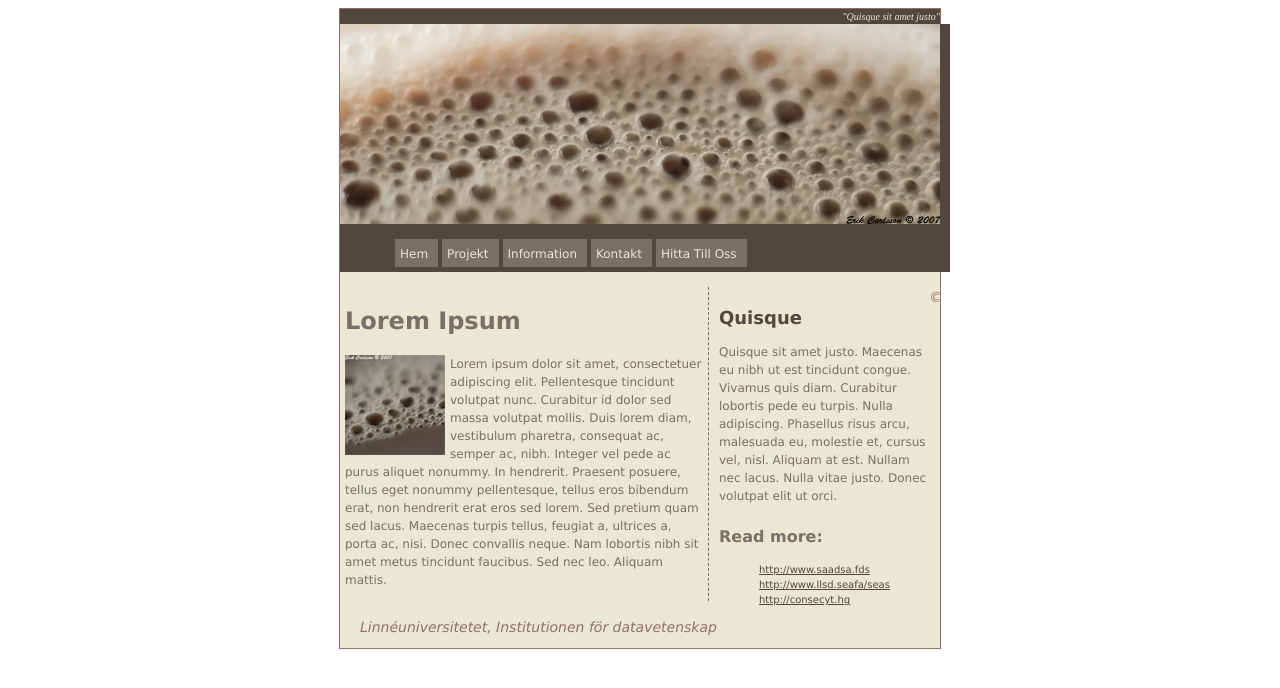
Repository: mh223ja/1ik415-js223mi-Uppgift-3-3
Page: index.html
The author's editor kept a record of every edit. The page is drawn from the files as they stood at one moment, then again after the next edit.
The browser window is 1280 px wide. The pictures show the whole page.

Above is the page before.

After the next edit:
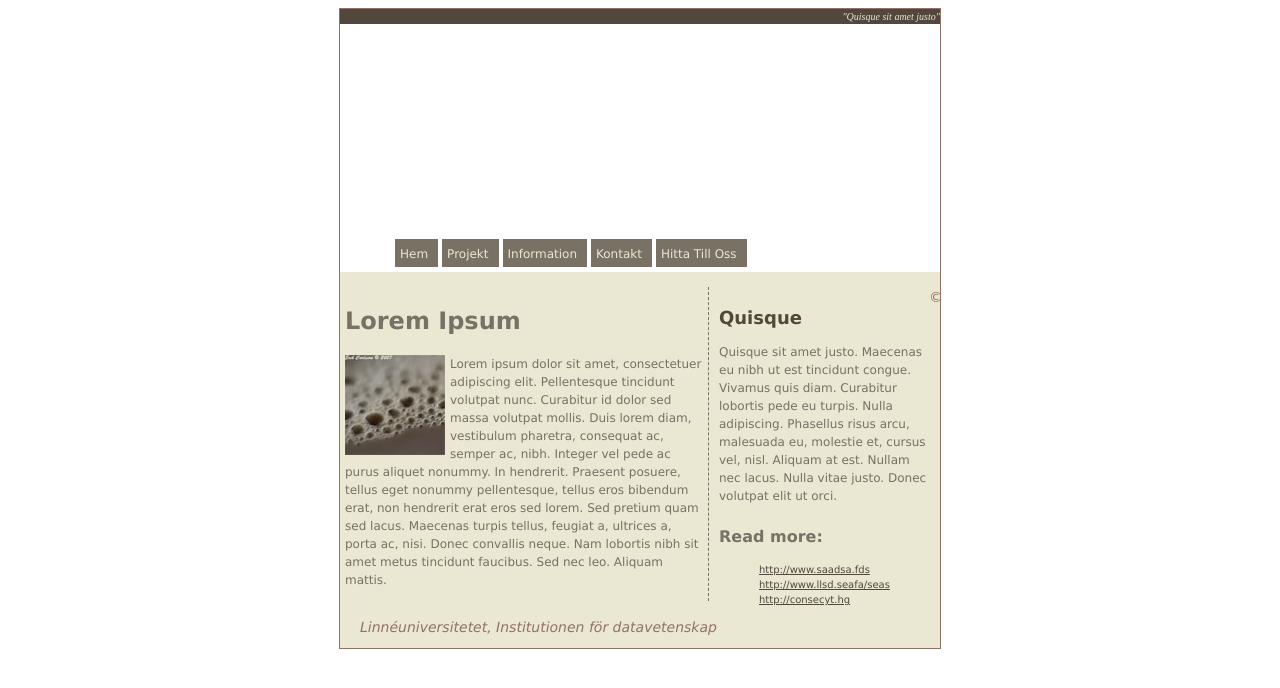
The edit:
--- a/css/basic.css
+++ b/css/basic.css
@@ -25,9 +25,7 @@
 
 }
 #menu{
-	background-image: url('pics/coffey.jpg');
-	background-repeat: no-repeat;
-	background-color: #51473d;
+
 	height: 248px;
 	padding-left:10px;
 	width: 100%;
